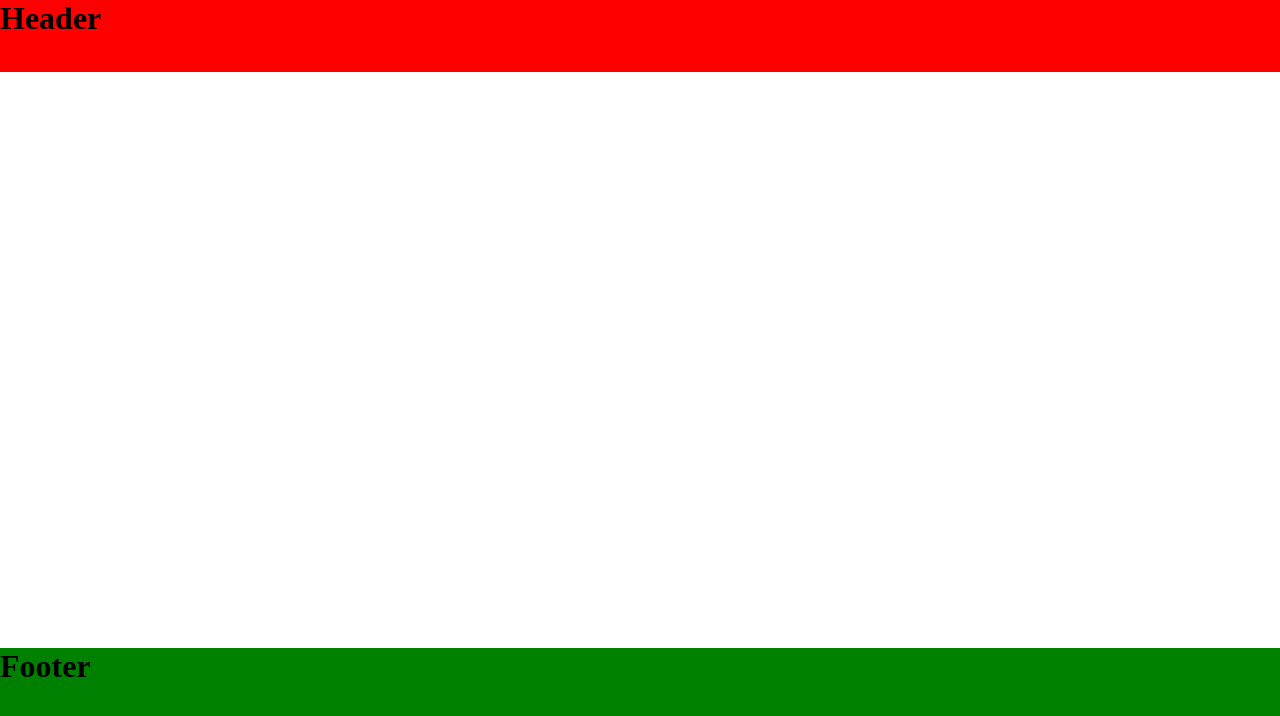
Repository: jameswilky/chess
Page: index.html
The author's editor kept a copy of each file at every save. The page is drawn from the files as they stood at one save, then again after the next save.
The browser window is 1280 px wide. The pictures show the whole page.

Above is the page before, as saved 2018-11-22 08:35:19.
Console error: TypeError: Cannot read properties of null (reading 'getContext')

After the next save:
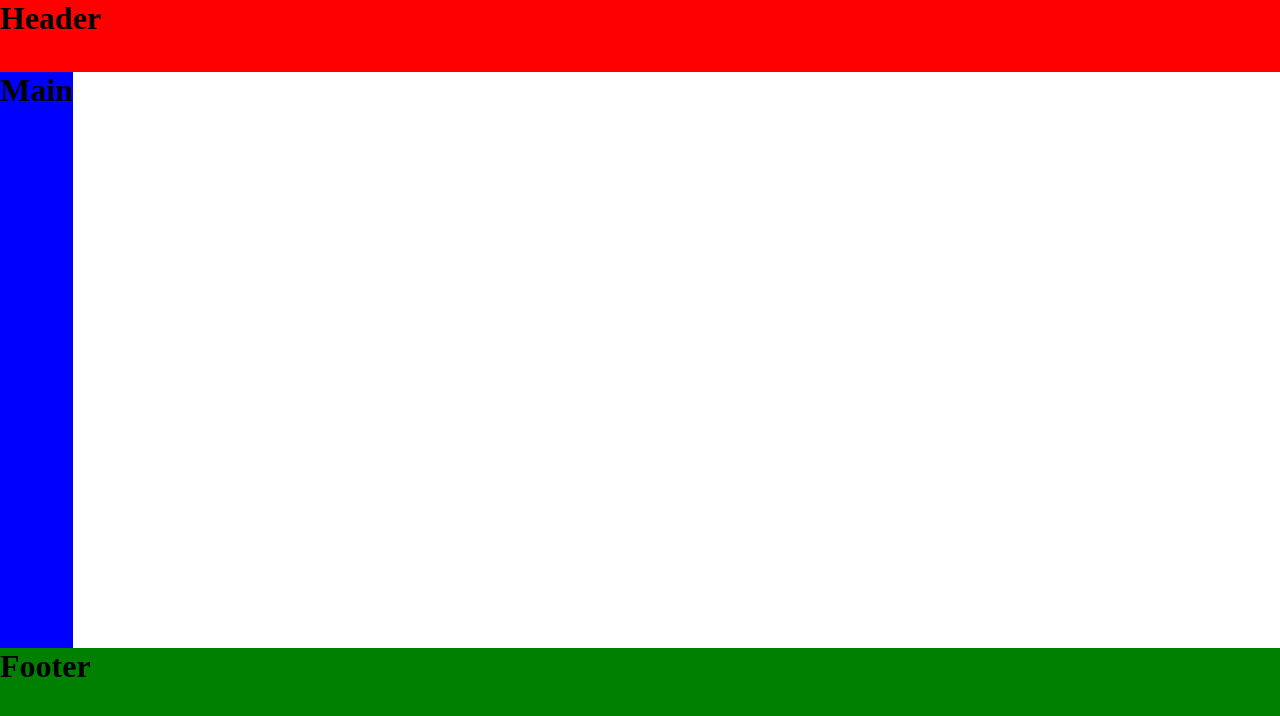
Saved 7 s later.
--- a/index.html
+++ b/index.html
@@ -16,6 +16,7 @@
         </header>
     </div>
     <div class="main">
+        <h1>Main</h1>
         <!-- <div class="game">
             <canvas id="board"></canvas>
             <canvas id="markers"></canvas>
